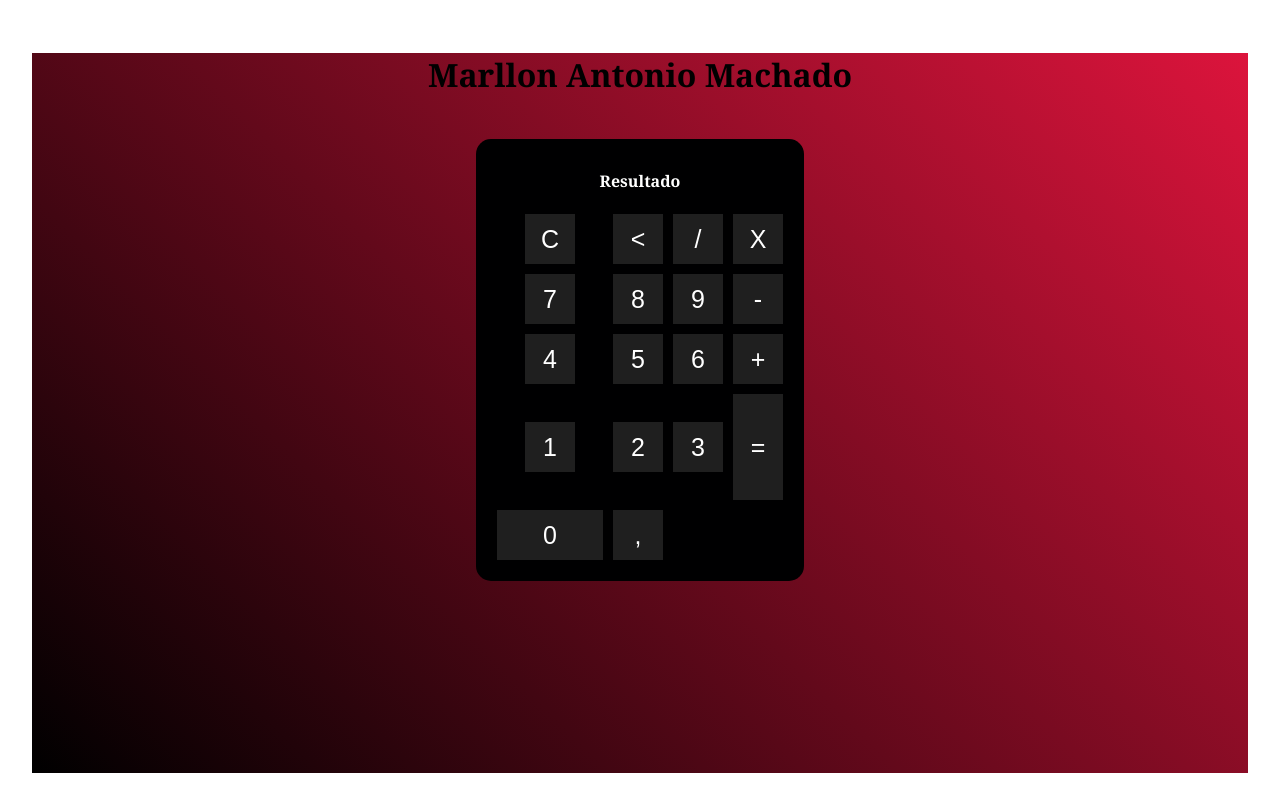
Repository: marllon-hetzler/calculadora.js
Page: interface.html
An editor plug-in stored every save of this project. The page is shown before and after the next save, followed by the edit.
The browser window is 1280 px wide. The pictures show the whole page.

Above is the page before, as saved 2022-11-04 19:46:13.

### interface.html
<!DOCTYPE html>
<html lang="en">
<head>
    <meta charset="UTF-8">
    <meta http-equiv="X-UA-Compatible" content="IE=edge">
    <meta name="viewport" content="width=, initial-scale=1.0">
    <title>Document</title>
</head>

    <style>
        body{
            margin: 1rem;
            padding: 1rem;
        }
        .fundo{
            background-image:linear-gradient(45deg,black,crimson);
            height:100vh;
            color: #fff;
            font-family: Georgia, 'Times New Roman', Times, serif;
            font-weight: bold;
            text-align: center;

        }
        .calculadora{
            position:absolute;
            background-color: rgba(0,0,0.8);
            top:50%;
            left: 50%;
            transform:translate(-50%,-50%) ;
            border-radius: 15px;
            padding: 15px;


        }
        .botao{
            width: 50px;
            height: 50px;
            font-size: 25px;
            cursor:pointer;
            background-color: rgb(31,31,31) ;
            border: none;
            color:#fff;
            margin: 3px;

            }
        .botao:hover{
            background-color: darkgray;
        }
        h1{color: black;}
        #resultado{
            background-color: white;
            width: 207px;
            height: 30px;
            margin: 5px;
            font-size: 25px;
            color: black;
            text-align: right;
            padding: 5px;
        }

    </style>
<body>


<div class="fundo">

    <h1>Marllon Antonio Machado</h1>
    <div class="calculadora">
        <p>Resultado</p>
        <table>
            <tr>
                <td><button class ="botao" onclick="clean()">C</button></td>
                <td><button class ="botao" onclick="back()"><</button></td>
                <td><button class ="botao" onclick="insert('/')">/</button></td>
                <td><button class ="botao" onclick="insert('*')">X</button></td>
            </tr>

            <tr>
                <td><button class ="botao" onclick="insert('7')">7</button></td>
                <td><button class ="botao" onclick="insert('8')">8</button></td>
                <td><button class ="botao" onclick="insert('9')">9</button></td>
                <td><button class ="botao" onclick="insert('-')">-</button></td>
            </tr>

            <tr>
                <td><button class ="botao" onclick="insert('4')">4</button></td>
                <td><button class ="botao" onclick="insert('5')">5</button></td>
                <td><button class ="botao" onclick="insert('6')">6</button></td>
                <td><button class ="botao" onclick="insert('+')">+</button></td>
            </tr>

            <tr>
                <td><button class ="botao" onclick="insert('1')">1</button></td>
                <td><button class ="botao" onclick="insert('2')">2</button></td>
                <td><button class ="botao" onclick="insert('3')">3</button></td>
                <td><button class ="botao" style="height:106px;" onclick="calcular()">=</button></td>
            </tr>

            <tr>
                <td><button class ="botao" style="width:106px ;" onclick="insert('0')">0</button></td>
                <td><button class ="botao" onclick="insert(',')">,</button></td>

            </tr>
        </table>
    </div>
    </div>
</body>
</html>

After the next save:
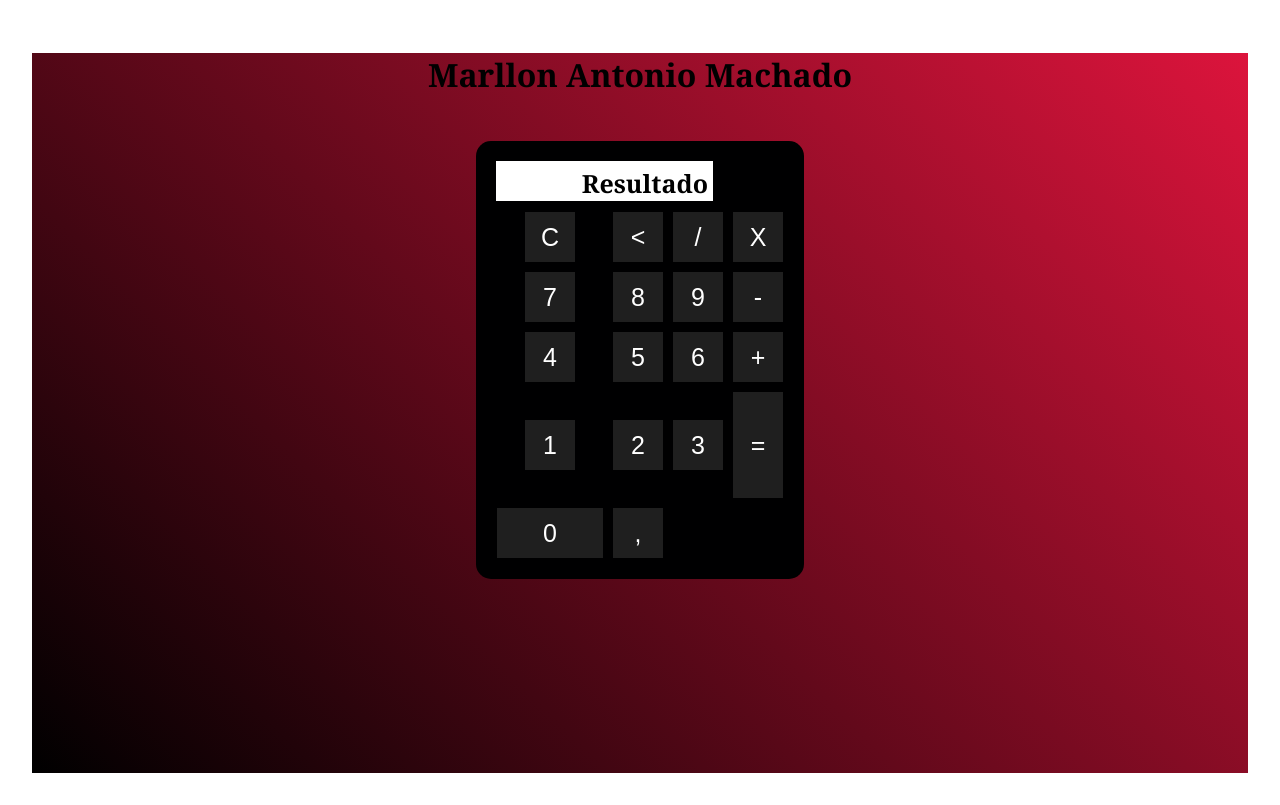
Saved 55 s later.
--- a/interface.html
+++ b/interface.html
@@ -66,7 +66,7 @@
 
     <h1>Marllon Antonio Machado</h1>
     <div class="calculadora">
-        <p>Resultado</p>
+        <p id="resultado">Resultado</p>
         <table>
             <tr>
                 <td><button class ="botao" onclick="clean()">C</button></td>
